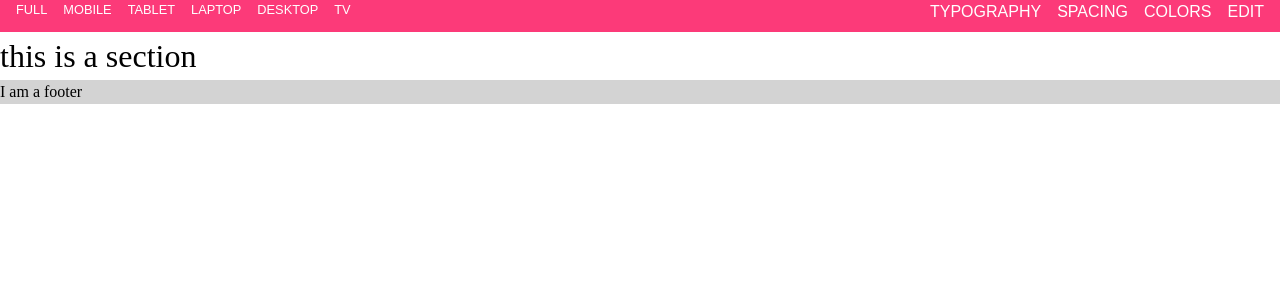
Repository: Terrycoco/coco-playground
Page: /
These files come from the project's save history. The page is drawn as it stood at one moment and after the next save; the edit follows.
The browser window is 1280 px wide. The pictures show the whole page.
The project was rebuilt for these pictures with package versions that can differ from the ones it lists, and the page was loaded fresh each time. The framework's server and built-in components were replaced by stand-ins that run in the browser. Also part of the build but not shown: next.config.js, src/components/layout/FakeHeader.js.

Above is the page before, as saved 2023-03-20 11:38:09.

### src/app/layout.js
//THIS FILE DEFINES BASIC HTML FOR WHOLE SITE
//YOU CAN OVERWRITE ANY METADATA IN INDIVIDUAL ROUTES ALSO
"use client";
import { Providers } from "./store/provider";
import "./globals.css";
import Header from "@/components/layout/Header.js";
import Drawer from "@/components/layout/Drawer.js";
import Footer from "@/components/layout/Footer";
import ScreenEmulator from "@/components/layout/ScreenEmulator";

//can't use metadata on files that use client
// export const metadata = {
//   title: "Theme Playground",
//   description: "Theme Playground By Coco",
// };

export default function RootLayout({ children }) {
  return (
    <html lang="en">
      <head>
        <title>Coco Theme Playground</title>
      </head>

      <body>
        <Providers>
          <>
            <Header />
            <Drawer openWidth="500px">I am a form</Drawer>
            <ScreenEmulator>
              {children}
              <Footer />
            </ScreenEmulator>
          </>
        </Providers>
      </body>
    </html>
  );
}

### src/app/page.js
"use client";
import { useSelector, useDispatch } from "react-redux";
import { selectTheme } from "./store/slices/themeSlice";

export default function Page() {
  const theme = useSelector(selectTheme);
  console.log("page recd theme:", theme);
  return (
    <main>
      <section>this is a section</section>
    </main>
  );
}

// <section id="theme" style={getContainerStyle("section")}>
// <h1 style={getHStyle("h1")}>
//   This the result of your Theme{"   "}
//   <span style={styles.smgray}>(h1)</span>
// </h1>
// <h2 style={getHStyle("h2")}>
//   Your Default Styles Are Shown{"   "}
//   <span style={styles.smgray}>(h2)</span>
// </h2>
// <h3 style={getHStyle("h3")}>
//   You selected {`${levCount - 1}`} levels of headings.
//   <span style={styles.smgray}>(h3)</span>
// </h3>

// <h4 style={getHStyle("h4")}>
//   I am a heading level 4 {"   "}
//   <span style={styles.smgray}>(h4)</span>
// </h4>

// <h5 style={getHStyle("h5")}>
//   I am a heading level 5{"   "}
//   <span style={styles.smgray}>(h5)</span>
// </h5>

// <h6 style={getHStyle("h6")}>
//   I am a heading level 6{"   "}
//   <span style={styles.smgray}>(h6)</span>
// </h6>

// <p data-el="p" style={getTextStyle("p")}>
//   Your theme settings will show up here. These are the default styles
//   for each element, which will be consistent across your project. You
//   can, of course, alter them for individual elements as you see fit.{" "}
//   <span style={styles.smgray}>(p)</span>
// </p>
// <p data-el="p" style={getTextStyle("p")}>
//   This is the paragraph element. To set the font scale among the
//   different headings and at different screen resolutions, go to{" "}
//   <b>SCALE</b>. The rest of the paragraph settings can be found by
//   clicking <b>TEXT</b> <span style={styles.smgray}>(p)</span>
// </p>

// <p data-el="p" style={getTextStyle("p")}>
//   Don't like the spacing? Click <b>CONTAINERS</b> to set default padding
//   and margins for container elements like sections, the header and
//   footer, between paragraphs, etc.{" "}
//   <span style={styles.smgray}>(p)</span>
// </p>
// </section>
// <section id="colors" style={getContainerStyle("section")}>
// <h1 style={getHStyle("h1")}>
//   This the result of your Theme{"   "}
//   <span style={styles.smgray}>(h1)</span>
// </h1>
// <h2 style={getHStyle("h2")}>
//   Your Default Styles Are Shown{"   "}
//   <span style={styles.smgray}>(h2)</span>
// </h2>
// <h3 style={getHStyle("h3")}>
//   You selected {`${levCount - 1}`} levels of headings.
//   <span style={styles.smgray}>(h3)</span>
// </h3>

// <h4 style={getHStyle("h4")}>
//   I am a heading level 4 {"   "}
//   <span style={styles.smgray}>(h4)</span>
// </h4>

// <h5 style={getHStyle("h5")}>
//   I am a heading level 5{"   "}
//   <span style={styles.smgray}>(h5)</span>
// </h5>

// <h6 style={getHStyle("h6")}>
//   I am a heading level 6{"   "}
//   <span style={styles.smgray}>(h6)</span>
// </h6>

// <p data-el="p" style={getTextStyle("p")}>
//   Your typography styles will show up here. These are the default styles
//   for each element, which will be consistent across your project. You
//   can, of course, alter them for individual elements as you see fit.{" "}
//   <span style={styles.smgray}>(p)</span>
// </p>
// <p data-el="p" style={getTextStyle("p")}>
//   This is the paragraph element. To set the font scale among the
//   different headings and at different screen resolutions, go to{" "}
//   <b>SCALE</b>. The rest of the paragraph settings can be found by
//   clicking <b>TYPOGRAPHY</b> <span style={styles.smgray}>(p)</span>
// </p>

// <p data-el="p" style={getTextStyle("p")}>
//   Don't like the spacing? Click <b>SPACING</b> to set default padding
//   and margins for elements like sections, the header and footer, between
//   paragraphs, etc. <span style={styles.smgray}>(p)</span>
// </p>
// </section>

### src/app/store/provider.js
"use client";

import { Provider } from "react-redux";
import store from "./store";

export function Providers({ children }) {
  return <Provider store={store}>{children}</Provider>;
}

### src/app/globals.css
@import "./reset.css";

:root {
  font-size: 1rem;
}
body {
  margin: 0;
  min-height: 100vh;
}

header {
  background-color: black;
  color: white;
}

footer {
  background-color: lightgray;
  color: black;
}

section {
  font-size: 2rem;
}

### src/components/layout/Header.js
"use client";
import React from "react";
import { useSelector } from "react-redux";
import { selectTheme } from "@/slices/themeSlice";
import { selectVariables } from "@/slices/variablesSlice";
import DeviceMenu from "@/components/menus/DeviceMenu";
import MainMenu from "@/components/menus/MainMenu";

function Header() {
  const theme = useSelector(selectTheme);
  const variables = useSelector(selectVariables);

  const styles = {
    header: {
      display: "flex",
      justifyContent: "space-between",
      flexWrap: "wrap",
    },
  };

  const getHeaderStyles = () => {
    let styles = { ...theme.containers.header };
    styles.backgroundColor = variables[styles.backgroundColor];
    styles.display = "flex";
    styles.justifyContent = "space-between";
    styles.flexWrap = "wrap";
    styles.alignItems = "middle";
    (styles.paddingLeft = "1rem"), (styles.paddingRight = "1rem");
    return styles;
  };

  return (
    <header style={getHeaderStyles()}>
      <DeviceMenu />
      <MainMenu />
    </header>
  );
}

export default Header;

### src/components/layout/Drawer.js
import { useState, useEffect } from "react";
import { useSelector } from "react-redux";
import { selectContainers } from "@/slices/themeSlice";
import { selectIsDrawerOpen } from "@/slices/uiSlice";
import { selectVariables } from "@/slices/variablesSlice";

//may want to pass in width val

const Drawer = (props) => {
  const [width, setWidth] = useState("0px");
  const containers = useSelector(selectContainers);
  const isOpen = useSelector(selectIsDrawerOpen);
  const variables = useSelector(selectVariables);

  useEffect(() => {
    if (isOpen) {
      setWidth(props.openWidth);
    } else {
      setWidth("0px");
    }
  }, [isOpen, props.openWidth]);

  let styles = {
    drawer: {
      height: "100vh",
      width: width,
      position: "fixed",
      zIndex: "99999",
      top: containers.header.height,
      right: "0",
      backgroundColor: variables["var(--clr-whitish)"],
      overflowX: "hidden",
      transition: " 0.5s",
      WebkitBoxShadow: "-3px 0px 3px -3px gray",
      boxShadow: "-3px 0px 3px -3px gray",
    },
  };

  return (
    <div id="drawer" style={styles.drawer}>
      {props.children}
    </div>
  );
};

export default Drawer;

### src/components/layout/Footer.js
"use client";
import React from "react";

const Footer = () => {
  return <footer>I am a footer</footer>;
};

export default Footer;

### src/components/layout/ScreenEmulator.js
import { useState, useEffect } from "react";
import { useSelector } from "react-redux";
import { selectCurrentDevice, selectIsFullScreen } from "@/slices/uiSlice";
import { selectDevices, selectDeviceElements } from "@/slices/themeSlice";
import FakeHeader from "@/components/layout/FakeHeader";

const ScreenEmulator = ({ children, ...props }) => {
  const [width, setWidth] = useState("400px");
  const isFullScreen = useSelector(selectIsFullScreen);
  const device = useSelector(selectCurrentDevice);
  const devices = useSelector(selectDevices);
  const [baseFontSize, setBaseFontSize] = useState();
  const deviceFontSizes = useSelector(selectDeviceElements);

  //get some valid heights
  useEffect(() => {
    if (device && device.length > 0 && devices !== undefined) {
      if (isFullScreen) {
        setWidth(window.innerWidth);
      } else {
        console.log("device is:", device, "devices:", devices);
        let w = devices[device].min + 100 + "px";
        setWidth(w);
      }
      setBaseFontSize(deviceFontSizes[device].body.fontSize + "px");
    }
  }, [device, isFullScreen]);

  const getEmulation = () => {
    return {
      border: "1px solid darkgray",
      width: `${width}`,
      overflowX: "hidden",
      fontSize: `${baseFontSize}`,
      marginTop: "1rem",
      marginLeft: "1rem",
      height: window.innerHeight - 75 + "px",
      overflowY: "scroll",
      borderRadius: "10px",
      boxShadow: "rgba(213, 217, 217, 0.5) 0 2px 5px 0",
    };
  };

  if (isFullScreen == true) {
    return <>{children}</>;
  } else {
    return (
      <div style={getEmulation()}>
        <FakeHeader />
        {children}
      </div>
    );
  }
};

export default ScreenEmulator;

### src/app/store/slices/themeSlice.js
"use client";

import { createSlice, createSelector } from "@reduxjs/toolkit";
import { HYDRATE } from "next-redux-wrapper";
import { currentTheme } from "@/themes";

const initialState = {
  headingCount: currentTheme.headingCount,
  fonts: currentTheme.fonts,
  colors: currentTheme.colors,
  colorVariants: currentTheme.colorVariants,
  devices: currentTheme.devices,
  deviceElements: currentTheme.deviceElements,
  text: currentTheme.text,
  containers: currentTheme.containers,
};

export const themeSlice = createSlice({
  name: "theme",
  initialState,
  reducers: {
    updateText(state, action) {
      state.text[action.payload.element][action.payload.propName] =
        action.payload.value;
    },

    extraReducers: {
      [HYDRATE]: (state, action) => {
        return {
          ...state,
          ...action.payload.theme,
        };
      },
    },
  },
});

export const { updateText } = themeSlice.actions;
export const selectTheme = (state) => state.theme;
export const selectText = (state) => state.theme.text;
export const selectDevices = (state) => state.theme.devices;
export const selectDeviceElements = (state) => state.theme.deviceElements;
export const selectContainers = (state) => state.theme.containers;
export default themeSlice.reducer;

### src/app/store/store.js
"use client"; //anything that will access redux must use client
import { configureStore } from "@reduxjs/toolkit";
import { themeSlice } from "./slices/themeSlice";
import { variablesSlice } from "./slices/variablesSlice";
import { uiSlice } from "./slices/uiSlice";

// config the store
const store = configureStore({
  reducer: {
    [themeSlice.name]: themeSlice.reducer,
    [variablesSlice.name]: variablesSlice.reducer,
    [uiSlice.name]: uiSlice.reducer,
  },
});

// export default the store
console.log("store:", store.getState());
export default store;

### src/app/reset.css
/* Box sizing rules */
*,
*::before,
*::after {
  box-sizing: border-box;
}

/* Remove default margin */
main,
html,
body,
h1,
h2,
h3,
h4,
h5,
h6,
p,
figure,
blockquote,
dl,
dd {
  margin: 0;
  padding: 0;
}

/* Remove list styles on ul, ol elements with a list role, which suggests default styling will be removed */
ul,
menu,
ol {
  list-style: none;
}

/* remove discs from list items */
li {
  list-style-type: none;
}

/* Set core root defaults */
html:focus-within {
  scroll-behavior: smooth;
}

/* Set core body defaults */
body {
  min-height: 100vh;
  text-rendering: optimizeSpeed;
  line-height: 1.5;
}

/* A elements that don't have a class get default styles */
a:not([class]) {
  text-decoration-skip-ink: auto;
}

/* Make images easier to work with */
img,
picture {
  max-width: 100%;
  display: block;
}

menu {
  margin-block-start: 0em;
  margin-block-end: 0em;
  margin-inline-start: 0px;
  margin-inline-end: 0px;
  padding-inline-start: 0px;
}

/* Inherit fonts for inputs and buttons */
input,
button,
textarea,
select {
  font: inherit;
}

/* remove any default font props */
body,
h1,
h2,
h3,
h4,
h5,
h6,
p {
  letter-spacing: normal;
  word-spacing: normal;
  line-height: 1.5;
  font-optical-sizing: auto;
}

/* Remove all animations, transitions and smooth scroll for people that prefer not to see them */
@media (prefers-reduced-motion: reduce) {
  html:focus-within {
    scroll-behavior: auto;
  }

  *,
  *::before,
  *::after {
    animation-duration: 0.01ms !important;
    animation-iteration-count: 1 !important;
    transition-duration: 0.01ms !important;
    scroll-behavior: auto !important;
  }
}

### src/app/store/slices/variablesSlice.js
import { createSlice } from "@reduxjs/toolkit";
import { HYDRATE } from "next-redux-wrapper";
import { currentTheme } from "@/themes";
import { updateColor, updateFont } from "@/app/store/sharedActions";

function toCSS(key) {
  var result = key.replace(/([A-Z])/g, " $1");
  return result.split(" ").join("-").toLowerCase();
}

const getFontVariable = (fontName) => {
  let str = fontName.replaceAll(" ", "-").toLowerCase();
  return `var(--font-${str})`;
};

const loadInitVariables = () => {
  let variables = {};
  let section, prefix;

  //fonts
  section = "fonts";
  prefix = "var(--font-";
  for (const key in currentTheme[section]) {
    variables[`${prefix}${key})`] = getFontVariable(currentTheme[section][key]);
  }

  //colors
  section = "colors";
  prefix = "var(--clr-";
  for (const key in currentTheme[section]) {
    variables[`${prefix}${key})`] = toCSS(currentTheme[section][key]);
  }

  //color variants
  section = "colorVariants";
  prefix = "var(--clr-";
  for (const key in currentTheme[section]) {
    variables[`${prefix}${key})`] = toCSS(currentTheme[section][key]);
  }

  return variables;
};

const initialState = loadInitVariables();

export const variablesSlice = createSlice({
  name: "variables",
  initialState,
  reducers: {
    updateVariable(state, action) {
      state[action.payload.key] = action.payload.value;
    },
  },
  extraReducers: (builder) => {
    builder
      .addCase(updateColor, (state, action) => {
        action.payload.map((obj) => {
          state[obj.themeVar] = obj.value;
        });
      })
      .addCase(updateFont, (state, action) => {
        console.log("got here:", action.payload);
        //theme variable (ie body) has been updated to another font
        state[action.payload.themeVar] = action.payload.fontVar;
      });
  },
});

export const { updateVariable } = variablesSlice.actions;
export const selectVariables = (state) => state.variables;
export default variablesSlice.reducer;

### src/components/menus/DeviceMenu.js
"use client";
import { useState, useEffect } from "react";
import { useSelector, useDispatch } from "react-redux";
import {
  selectCurrentDevice,
  updateCurrentDevice,
  updateIsFullScreen,
  selectIsFullScreen,
} from "@/slices/uiSlice";
import { selectDevices } from "@/slices/themeSlice";
import css from "./menu.module.css";

const DeviceMenu = () => {
  const currentDevice = useSelector(selectCurrentDevice);
  const fullScreen = useSelector(selectIsFullScreen);
  const dispatch = useDispatch();
  const devices = useSelector(selectDevices);
  const [userSize, setUserSize] = useState();
  const [userDevice, setUserDevice] = useState();

  useEffect(() => {
    setUserSize(window.innerWidth); //TODO MAKE RESPONSIVE
    let ud = getUserDevice(window.innerWidth, devices);
    console.log("userDevice:", ud);
    setUserDevice(ud);
    dispatch(updateCurrentDevice(ud));
  }, []);

  const styles = {
    menu: {
      display: "flex",
      flexDirection: "row",
      justifyContent: "space-evenly",
    },
    li: {
      fontFamily: "Arial",
      textTransform: "uppercase",
      fontSize: ".8em",
      paddingRight: "1rem",
    },
  };

  const handleSelect = (e) => {
    const dev = e.target.id;
    if (dev === "full") {
      dispatch(updateIsFullScreen(true));
      dispatch(updateCurrentDevice(userDevice));
    } else {
      dispatch(updateCurrentDevice(dev));
      dispatch(updateIsFullScreen(false));
    }
  };

  return (
    <menu style={styles.menu}>
      <li id="full" style={styles.li} onClick={handleSelect} className={css.li}>
        Full
      </li>
      <li
        id="mobile"
        style={styles.li}
        className={css.li}
        onClick={handleSelect}
      >
        mobile
      </li>
      <li
        id="tablet"
        style={styles.li}
        className={css.li}
        onClick={handleSelect}
      >
        tablet
      </li>
      <li
        id="laptop"
        style={styles.li}
        className={css.li}
        onClick={handleSelect}
      >
        laptop
      </li>
      <li
        id="desktop"
        style={styles.li}
        className={css.li}
        onClick={handleSelect}
      >
        desktop
      </li>
      <li id="tv" style={styles.li} className={css.li} onClick={handleSelect}>
        tv
      </li>
    </menu>
  );
};

export default DeviceMenu;

function getUserDevice(size, devices) {
  for (const d in devices) {
    if (devices[d].min <= size && size <= devices[d].max) {
      return d;
    }
  }
}

### src/components/menus/MainMenu.js
"use client";
import React from "react";
import { useSelector, useDispatch } from "react-redux";
import { selectTheme } from "@/slices/themeSlice";
import { selectVariables } from "@/slices/variablesSlice";
import {
  updateCurrentForm,
  updateIsDrawerOpen,
  selectIsDrawerOpen,
} from "@/slices/uiSlice";
import css from "./menu.module.css";

function MainMenu() {
  const theme = useSelector(selectTheme);
  const variables = useSelector(selectVariables);
  const dispatch = useDispatch();
  const isDrawerOpen = useSelector(selectIsDrawerOpen);

  const styles = {
    menu: {
      display: "flex",
      justifyContent: "space-evenly",
    },
    li: {
      fontFamily: "Arial, Helvetica",
      fontSize: "1em",
      textTransform: "uppercase",
      paddingLeft: "1em",
    },
  };

  const handleClick = (e) => {
    e.stopPropagation();
    e.preventDefault();
    let opt = e.target.id;
    if (opt == "edit") {
      dispatch(updateIsDrawerOpen(!isDrawerOpen));
    } else {
      dispatch(updateCurrentForm(opt));
      dispatch(updateIsDrawerOpen(true));
    }
  };

  return (
    <menu style={styles.menu}>
      <li
        id="typography"
        style={styles.li}
        className={css.li}
        onClick={handleClick}
      >
        typography
      </li>
      <li
        id="spacing"
        style={styles.li}
        className={css.li}
        onClick={handleClick}
      >
        spacing
      </li>
      <li
        id="colors"
        style={styles.li}
        className={css.li}
        onClick={handleClick}
      >
        colors
      </li>
      <li id="edit" style={styles.li} className={css.li} onClick={handleClick}>
        edit
      </li>
    </menu>
  );
}

export default MainMenu;

### src/app/store/slices/uiSlice.js
"use client";

//slice for ui state

import { createSlice, createSelector } from "@reduxjs/toolkit";
import { HYDRATE } from "next-redux-wrapper";

const initialState = {
  currentForm: "",
  currentDevice: "",
  isFullScreen: true,
  isDrawerOpen: false,
  currentTab: 1,
};

export const uiSlice = createSlice({
  name: "ui",
  initialState,
  reducers: {
    updateCurrentForm(state, action) {
      state.currentForm = action.payload;
    },
    updateCurrentTab(state, action) {
      state.currentTab = action.payload;
    },
    updateCurrentDevice(state, action) {
      state.currentDevice = action.payload;
    },
    updateIsDrawerOpen(state, action) {
      state.isDrawerOpen = action.payload;
    },
    updateIsFullScreen(state, action) {
      state.isFullScreen = action.payload;
    },

    extraReducers: {
      [HYDRATE]: (state, action) => {
        return {
          ...state,
          ...action.payload.ui,
        };
      },
    },
  },
});

export const {
  updateCurrentForm,
  updateCurrentDevice,
  updateCurrentTab,
  updateIsDrawerOpen,
  updateIsFullScreen,
} = uiSlice.actions;
export const selectCurrentDevice = (state) => state.ui.currentDevice;
export const selectCurrentTab = (state) => state.ui.currentTab;
export const selectCurrentForm = (state) => state.ui.currentForm;
export const selectIsDrawerOpen = (state) => state.ui.isDrawerOpen;
export const selectIsFullScreen = (state) => state.ui.isFullScreen;
export default uiSlice.reducer;

### src/themes/index.js
import init from "./init";

module.exports = { currentTheme: init };

### src/app/store/sharedActions.js
import { createAction } from "@reduxjs/toolkit";
const varKeys = [75, 50, 25, 10, 5];

const updateColor = createAction("UPDATE_COLOR", function prepare(obj) {
  //any time theme color is updated, so are variants so pass those in with the payload
  console.log("shared updateColor", obj);
  let key = obj.key;
  let payloadVal = [];
  let newhex = obj.value;
  if (key !== "error" && key !== "whitish") {
    varKeys.map((pct) => {
      let variantKey = `${key}${pct}`;
      let val = getPctOfHex(newhex, pct);
      payloadVal.push({
        key: variantKey,
        value: val,
        section: "variants",
        themeVar: `var(--clr-${variantKey})`,
      });
    });
  }
  //push original one
  payloadVal.push({
    key: key,
    value: newhex,
    section: "themed",
    themeVar: `var(--clr-${key})`,
  });
  //console.log("newpayload:", payloadVal);
  return { payload: payloadVal };
});

const updateFont = createAction("UPDATE_FONT", function prepare(obj) {
  console.log("fontobj:", obj);
  /*shape of font payload
      propName: "body",
      name: "Gelasio",
      themeVar: "var(--font-body)",
      fontVar: "var(--font-gelasio)" */

  return { payload: obj };
});

module.exports = { updateColor, updateFont };

// util functions to calculate variant values --------------
function hexToHSL(H) {
  // Convert hex to RGB first
  let r = 0,
    g = 0,
    b = 0;
  if (H.length == 4) {
    r = "0x" + H[1] + H[1];
    g = "0x" + H[2] + H[2];
    b = "0x" + H[3] + H[3];
  } else if (H.length == 7) {
    r = "0x" + H[1] + H[2];
    g = "0x" + H[3] + H[4];
    b = "0x" + H[5] + H[6];
  }
  // Then to HSL
  r /= 255;
  g /= 255;
  b /= 255;
  let cmin = Math.min(r, g, b),
    cmax = Math.max(r, g, b),
    delta = cmax - cmin,
    h = 0,
    s = 0,
    l = 0;

  if (delta == 0) h = 0;
  else if (cmax == r) h = ((g - b) / delta) % 6;
  else if (cmax == g) h = (b - r) / delta + 2;
  else h = (r - g) / delta + 4;

  h = Math.round(h * 60);

  if (h < 0) h += 360;

  l = (cmax + cmin) / 2;
  s = delta == 0 ? 0 : delta / (1 - Math.abs(2 * l - 1));
  s = +(s * 100).toFixed(1);
  l = +(l * 100).toFixed(1);

  return { h: h, s: s, l: l };
}
function getPctOfHex(hex, pct) {
  //incoming pct is pct opacity of orig color
  let inverted = 100 - pct;
  //convert incoming to hsl
  let hsl = hexToHSL(hex);

  //current lightness is 0%;
  let currentLightPct = hsl.l;
  let remainingLightPct = 100 - currentLightPct;
  let onepct = remainingLightPct / 100;
  let desiredPct = onepct * inverted + currentLightPct;
  let result = HSLToHex(hsl.h, hsl.s, desiredPct);
  return result;
}
function HSLToHex(h, s, l) {
  s /= 100;
  l /= 100;

  let c = (1 - Math.abs(2 * l - 1)) * s,
    x = c * (1 - Math.abs(((h / 60) % 2) - 1)),
    m = l - c / 2,
    r = 0,
    g = 0,
    b = 0;

  if (0 <= h && h < 60) {
    r = c;
    g = x;
    b = 0;
  } else if (60 <= h && h < 120) {
    r = x;
    g = c;
    b = 0;
  } else if (120 <= h && h < 180) {
    r = 0;
    g = c;
    b = x;
  } else if (180 <= h && h < 240) {
    r = 0;
    g = x;
    b = c;
  } else if (240 <= h && h < 300) {
    r = x;
    g = 0;
    b = c;
  } else if (300 <= h && h < 360) {
    r = c;
    g = 0;
    b = x;
  }
  // Having obtained RGB, convert channels to hex
  r = Math.round((r + m) * 255).toString(16);
  g = Math.round((g + m) * 255).toString(16);
  b = Math.round((b + m) * 255).toString(16);

  // Prepend 0s, if necessary
  if (r.length == 1) r = "0" + r;
  if (g.length == 1) g = "0" + g;
  if (b.length == 1) b = "0" + b;

  return "#" + r + g + b;
}

### src/components/menus/menu.module.css
.li:hover {
  font-weight: 700;
  letter-spacing: 1px;
}

Loaded but not shown: src/themes/init.js (303 lines, source omitted)

After the next save:
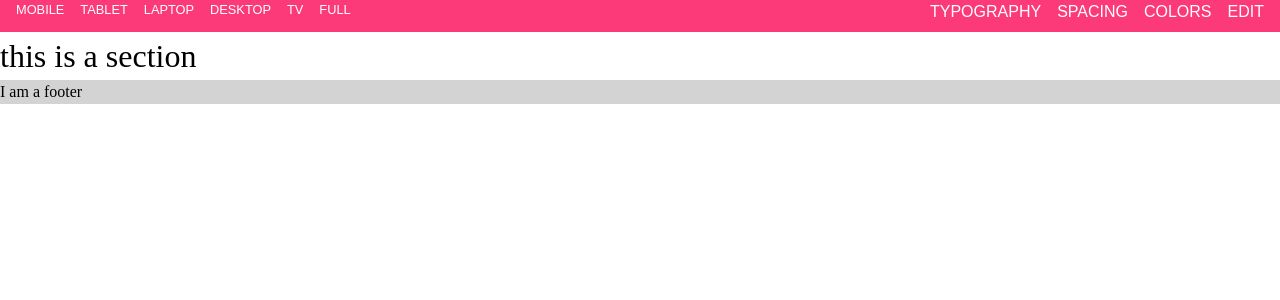
Saved 60 s later.
--- a/src/components/menus/DeviceMenu.js
+++ b/src/components/menus/DeviceMenu.js
@@ -53,9 +53,6 @@ const DeviceMenu = () => {
 
   return (
     <menu style={styles.menu}>
-      <li id="full" style={styles.li} onClick={handleSelect} className={css.li}>
-        Full
-      </li>
       <li
         id="mobile"
         style={styles.li}
@@ -91,6 +88,9 @@ const DeviceMenu = () => {
       <li id="tv" style={styles.li} className={css.li} onClick={handleSelect}>
         tv
       </li>
+      <li id="full" style={styles.li} onClick={handleSelect} className={css.li}>
+        Full
+      </li>
     </menu>
   );
 };
